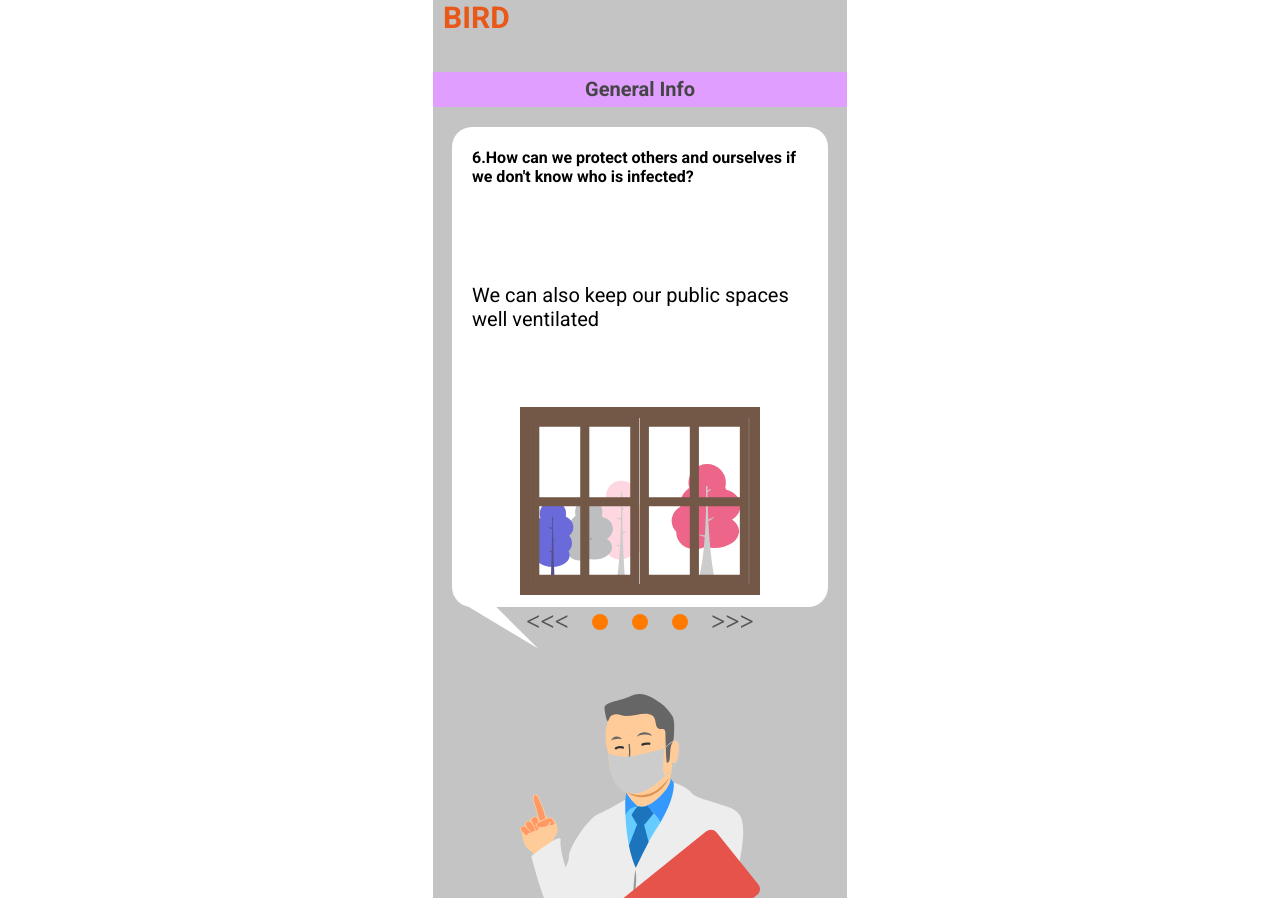
Repository: Levic559/BIRD
Page: General_info-6/4.html
The author's editor kept a copy of each file at every save. The page is drawn from the files as they stood at one save, then again after the next save.
The browser window is 1280 px wide. The pictures show the whole page.

Above is the page before, as saved 2021-03-11 01:53:45.
Console error: TypeError: Cannot read properties of null (reading 'style')

After the next save:
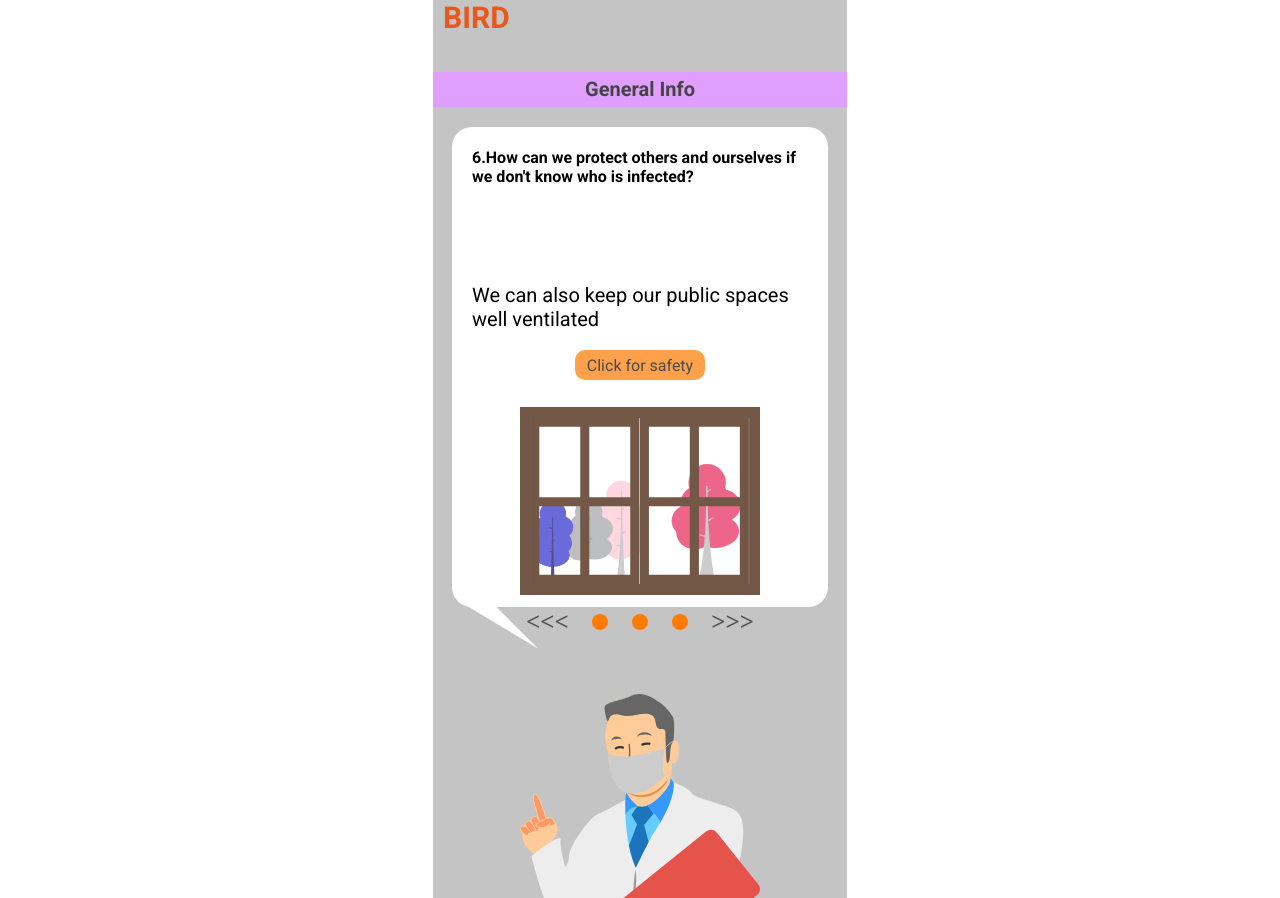
Saved 14 s later.
--- a/General_info-6/4.html
+++ b/General_info-6/4.html
@@ -22,9 +22,14 @@
           We can also keep our public spaces well ventilated
         </p>
         <div class="infographicImg">
-          <!--Add Click interaction-->
+
           <img src="../assets/window-closed.svg">
         </div>
+
+        <div class="safetyButton" id="safetyButton" onclick="">
+          Click for safety
+        </div>
+
       </div>
       <div class="triangle">
         <img src="../assets/chat-triangle.svg" class="triangleimg">
